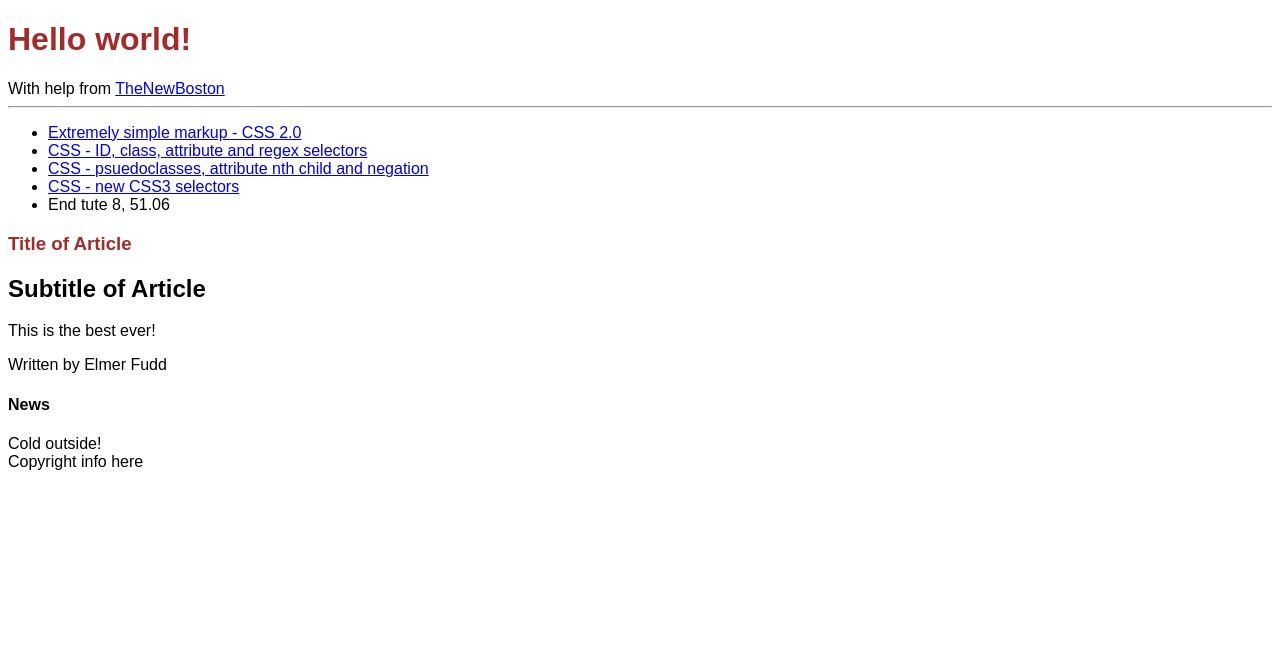
Repository: jksfoTemp/HTML5
Page: default.4.html
The author's editor kept a record of every edit. The page is drawn from the files as they stood at one moment, then again after the next edit.
The browser window is 1280 px wide. The pictures show the whole page.

Above is the page before.
Console error: TypeError: Cannot set properties of null (setting 'innerText')

### default.4.html
    <!DOCTYPE html>

<!--
    This is an HTML page that contains a CSS and a Javascript file.

    Run this sample by clicking the 'Preview' button on top;
    a new tab will open with the current page open.
-->
<html lang="en">
    <head>
        <meta charset="utf-8" />
        <title>Hello world from Cloud9!</title>
        <link rel="stylesheet" href="css/default.0.css" type="text/css"/>
    </head>

    <body>
        <div id=" big_wrapper">
            <header id="top_header">
                <h1>Hello world!</h1>
                With help from <a href="https://www.youtube.com/watch?v=k0f9pC8b3wM">TheNewBoston</a>
            </header>

            <hr/>

            <nav id="top_menu">
                <ul>
                    <li><a href="default.0.html">Extremely simple markup - CSS 2.0</a></li>
                    <li><a href="default.1.html">CSS - ID, class, attribute and regex selectors</a></li>
                    <li><a href="default.2.html">CSS - psuedoclasses, attribute nth child and negation </a></li>
                    <li><a href="default.3.html">CSS - new CSS3 selectors </a></li>
                    <li>End tute 8, 51.06</li>
                </ul>
            </nav>


            <section id="main_section">
                <article>
                    <header>
                         <hgroup>
                            <h1>Title of Article</h1>
                            <h2>Subtitle of Article</h2>
                         </hgroup>
                    </header>
                    <p> This is the best ever!</p>
                    <footer>
                        <p>Written by Elmer Fudd</p>
                    </footer>
                </article>
            </section>
            <aside id="side_news">
                <h4>News</h4>
                Cold outside!

            </aside>

            <footer id="the_footer">
                Copyright info here
            </footer>
            <!-- load scripts at the bottom of your page -->
            <script src="js/site.js"></script>
        </div>
    </body>
</html>

### css/default.0.css
body {
    font-family: Arial;
}

h1 {
    color: brown ;
}

### js/site.js
document.addEventListener("DOMContentLoaded", function () {
    var tagline = document.querySelector("p.tagline");
    tagline.innerText = "From Cloud9 IDEsCFDXzcx!";
});

After the next edit:
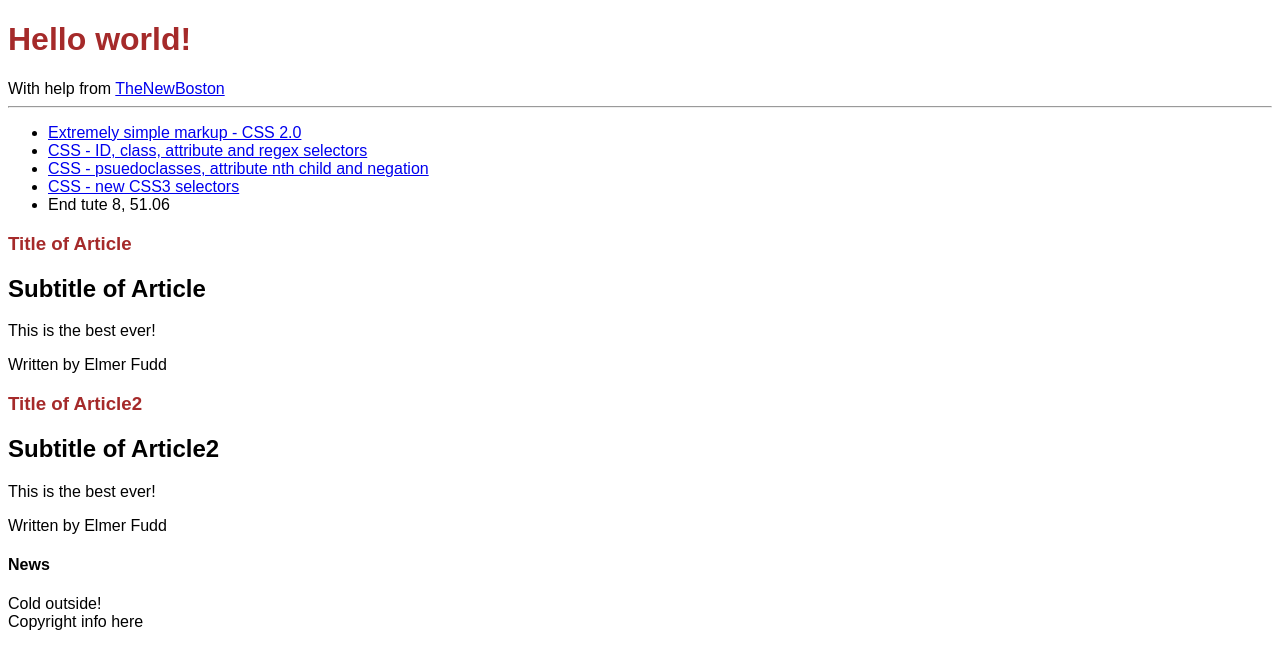
The edit:
--- a/default.4.html
+++ b/default.4.html
@@ -46,6 +46,18 @@
                         <p>Written by Elmer Fudd</p>
                     </footer>
                 </article>
+                <article>
+                    <header>
+                         <hgroup>
+                            <h1>Title of Article2</h1>
+                            <h2>Subtitle of Article2</h2>
+                         </hgroup>
+                    </header>
+                    <p> This is the best ever!</p>
+                    <footer>
+                        <p>Written by Elmer Fudd</p>
+                    </footer>
+                </article>
             </section>
             <aside id="side_news">
                 <h4>News</h4>
